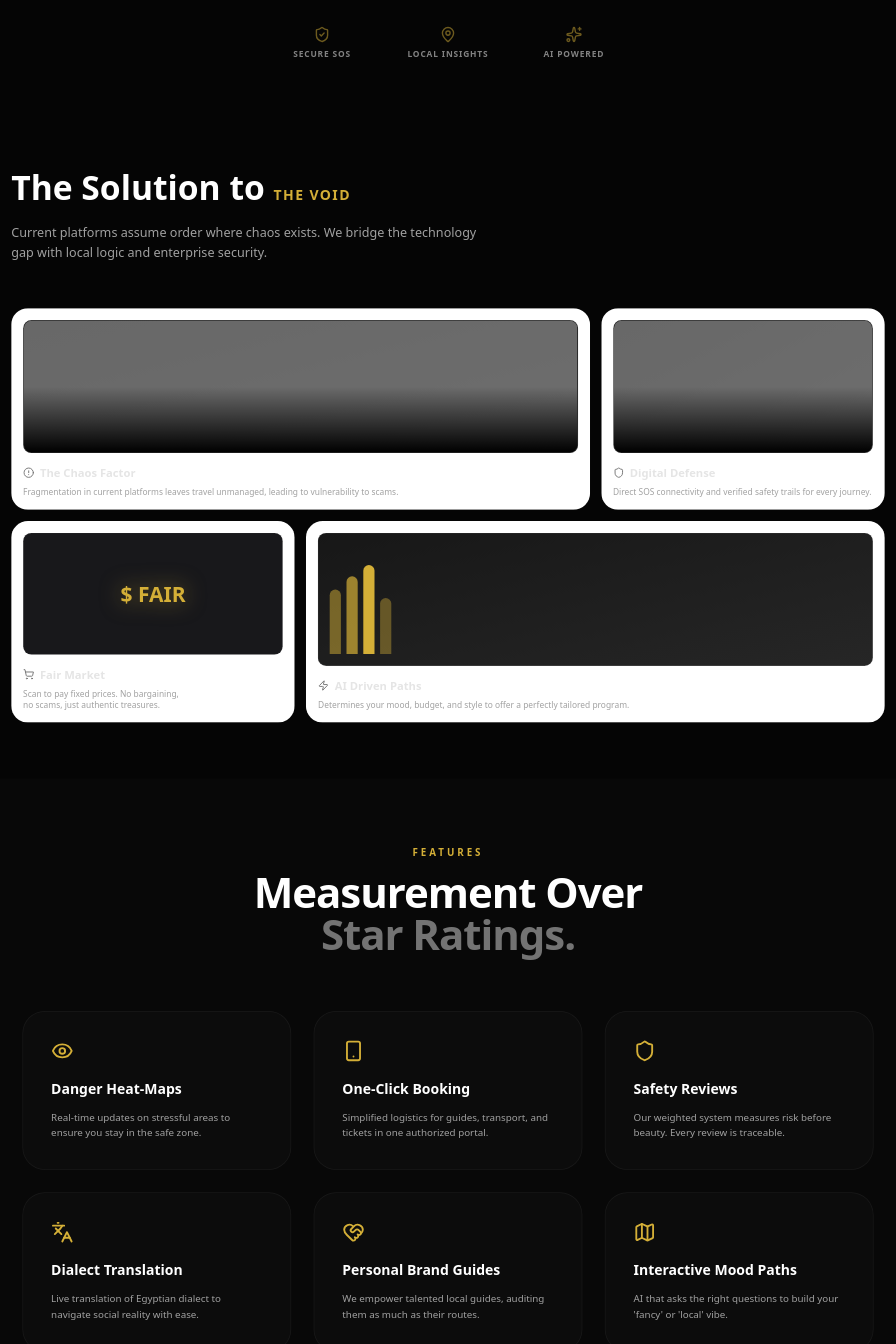
Repository: zyadmoataz/Pharaonic
Page: /
These files come from the project's save history. The page is drawn as it stood at one moment and after the next save; the edit follows.
The browser window is 1280 px wide. The pictures show the part of the page from y = 555 to 2475 px (the page is 4131 px tall before and 4201 px after), at 70% of full size.
Pictures or frames that could not be fetched are drawn as grey boxes. The project was rebuilt for these pictures with package versions that can differ from the ones it lists, and the page was loaded fresh each time. The framework's server and built-in components were replaced by stand-ins that run in the browser. Also part of the build but not shown: next.config.ts.

Above is the page before, as saved 2026-01-26 17:40:43.

### src/app/layout.tsx
import type { Metadata } from "next";
import { Geist, Geist_Mono } from "next/font/google";
import "./globals.css";
import { Navbar } from "@/components/navbar";
import { Footer } from "@/components/footer";

const geistSans = Geist({
  variable: "--font-geist-sans",
  subsets: ["latin"],
});

const geistMono = Geist_Mono({
  variable: "--font-geist-mono",
  subsets: ["latin"],
});

export const metadata: Metadata = {
  title: "Guidly | Egypt's Premium Enterprise Tourism Network",
  description:
    "The world's first AI-driven tourism safety ecosystem for Egypt. Experience Cairo and beyond with real-time danger maps, verified guides, and a cashless enterprise ecosystem.",
  keywords: ["Egypt Tourism", "Cairo Guide", "Travel Safety", "AI Travel Planner", "Egypt Business Travel", "Guidly"],
  authors: [{ name: "Guidly Enterprise" }],
  openGraph: {
    title: "Guidly | Egypt, Without the Shock",
    description: "Enterprise-grade safety and planning for your Egyptian journey.",
    url: "https://guidly.ai",
    siteName: "Guidly",
    locale: "en_US",
    type: "website",
  },
};

export default function RootLayout({
  children,
}: Readonly<{
  children: React.ReactNode;
}>) {
  return (
    <html lang="en" className="dark">
      <body
        className={`${geistSans.variable} ${geistMono.variable} antialiased bg-[#050505] text-white`}
      >
        <Navbar />
        <main>{children}</main>
        <Footer />
      </body>
    </html>
  );
}

### src/app/page.tsx
import { Hero } from "@/components/sections/hero";
import { ProblemSection } from "@/components/sections/problem-solution";
import { FeaturesSection } from "@/components/sections/features";
import { TestimonialsSection } from "@/components/sections/testimonials";
import { GlobalCTA } from "@/components/sections/global-cta";

export default function Home() {
  return (
    <div className="flex flex-col min-h-screen">
      <Hero />
      <ProblemSection />
      <FeaturesSection />
      <TestimonialsSection />
      <GlobalCTA />
    </div>
  );
}

### src/app/globals.css
@import "tailwindcss";

@theme inline {
  --color-background: var(--background);
  --color-foreground: var(--foreground);
  --color-gold: #D4AF37;
  --color-gold-light: #F9E076;
  --color-gold-dark: #B8860B;
  --color-egypt-blue: #0077be;

  --font-sans: "Inter", var(--font-geist-sans);

  --animation-reveal: reveal 0.8s cubic-bezier(0.77, 0, 0.175, 1);
  --animation-float: float 3s ease-in-out infinite;

  @keyframes reveal {
    from {
      opacity: 0;
      transform: translateY(20px);
    }

    to {
      opacity: 1;
      transform: translateY(0);
    }
  }

  @keyframes float {

    0%,
    100 {
      transform: translateY(0);
    }

    50% {
      transform: translateY(-10px);
    }
  }

  --animation-scroll: scroll var(--animation-duration, 40s) var(--animation-direction, forwards) linear infinite;

  @keyframes scroll {
    to {
      transform: translate(calc(-50% - 0.5rem));
    }
  }
}

:root {
  --background: #050505;
  --foreground: #ffffff;
  --card: #121212;
  --border: #222222;
}

body {
  background: var(--background);
  color: var(--foreground);
  font-family: var(--font-sans);
  overflow-x: hidden;
}

.glass {
  background: rgba(255, 255, 255, 0.03);
  backdrop-filter: blur(10px);
  border: 1px solid rgba(255, 255, 255, 0.05);
}

.gold-gradient {
  background: linear-gradient(135deg, #D4AF37 0%, #F9E076 50%, #B8860B 100%);
  background-clip: text;
  -webkit-background-clip: text;
  -webkit-text-fill-color: transparent;
}

### src/components/sections/problem-solution.tsx
"use client";
import React from "react";
import { BentoGrid, BentoGridItem } from "@/components/ui/bento-grid";
import { AlertCircle, Zap, Shield, HelpCircle, ShoppingCart, Camera } from "lucide-react";
import { motion } from "framer-motion";

const SkeletonOne = () => (
    <div className="flex flex-1 w-full h-full min-h-[6rem] rounded-xl bg-gradient-to-br from-neutral-900 to-neutral-800 border border-white/5 relative overflow-hidden group/bento">
        <img src="/safety-dashboard.png" className="absolute inset-0 w-full h-full object-cover opacity-60 group-hover/bento:scale-110 transition-transform duration-500" alt="Safety Dashboard" />
        <div className="absolute inset-0 bg-gradient-to-t from-black via-transparent to-transparent" />
    </div>
);
const SkeletonTwo = () => (
    <div className="flex flex-1 w-full h-full min-h-[6rem] rounded-xl bg-gradient-to-br from-neutral-900 to-neutral-800 border border-white/5 relative overflow-hidden group/bento">
        <img src="/verified-guide.png" className="absolute inset-0 w-full h-full object-cover opacity-60 group-hover/bento:scale-110 transition-transform duration-500" alt="Verified Guide" />
        <div className="absolute inset-0 bg-gradient-to-t from-black via-transparent to-transparent" />
    </div>
);
const SkeletonThree = () => (
    <div className="flex flex-1 w-full h-full min-h-[6rem] rounded-xl bg-zinc-900 flex items-center justify-center border border-white/5 p-4">
        <div className="text-center font-bold text-gold text-3xl drop-shadow-[0_0_15px_rgba(212,175,55,0.5)]">$ FAIR</div>
    </div>
);
const SkeletonFour = () => (
    <div className="flex flex-1 w-full h-full min-h-[6rem] rounded-xl bg-gradient-to-br from-neutral-900 to-neutral-800 border border-white/5 p-4 overflow-hidden relative">
        <div className="absolute inset-0 bg-grid-white/5" />
        <div className="relative z-10 flex gap-2 h-full items-end">
            <motion.div animate={{ height: ["40%", "70%", "40%"] }} transition={{ duration: 2, repeat: Infinity }} className="w-4 bg-gold/50 rounded-t-lg" />
            <motion.div animate={{ height: ["60%", "90%", "60%"] }} transition={{ duration: 2, repeat: Infinity, delay: 0.2 }} className="w-4 bg-gold/70 rounded-t-lg" />
            <motion.div animate={{ height: ["80%", "100%", "80%"] }} transition={{ duration: 2, repeat: Infinity, delay: 0.4 }} className="w-4 bg-gold rounded-t-lg" />
            <motion.div animate={{ height: ["50%", "80%", "50%"] }} transition={{ duration: 2, repeat: Infinity, delay: 0.6 }} className="w-4 bg-gold/40 rounded-t-lg" />
        </div>
    </div>
);

const items = [
    {
        title: "The Chaos Factor",
        description: "Fragmentation in current platforms leaves travel unmanaged, leading to vulnerability to scams.",
        header: <SkeletonOne />,
        icon: <AlertCircle className="h-4 w-4 text-neutral-500" />,
        className: "md:col-span-2",
    },
    {
        title: "Digital Defense",
        description: "Direct SOS connectivity and verified safety trails for every journey.",
        header: <SkeletonTwo />,
        icon: <Shield className="h-4 w-4 text-neutral-500" />,
        className: "md:col-span-1",
    },
    {
        title: "Fair Market",
        description: "Scan to pay fixed prices. No bargaining, no scams, just authentic treasures.",
        header: <SkeletonThree />,
        icon: <ShoppingCart className="h-4 w-4 text-neutral-500" />,
        className: "md:col-span-1",
    },
    {
        title: "AI Driven Paths",
        description: "Determines your mood, budget, and style to offer a perfectly tailored program.",
        header: <SkeletonFour />,
        icon: <Zap className="h-4 w-4 text-neutral-500" />,
        className: "md:col-span-2",
    },
];

export function ProblemSection() {
    return (
        <section className="py-20 px-4 bg-[#050505]">
            <div className="max-w-7xl mx-auto mb-16">
                <h2 className="text-3xl md:text-5xl font-bold text-white mb-6">
                    The Solution to <span className="text-gold uppercase tracking-widest text-xl">The Void</span>
                </h2>
                <p className="text-neutral-400 max-w-2xl text-lg leading-relaxed">
                    Current platforms assume order where chaos exists. We bridge the technology gap
                    with local logic and enterprise security.
                </p>
            </div>
            <BentoGrid>
                {items.map((item, i) => (
                    <BentoGridItem
                        key={i}
                        title={item.title}
                        description={item.description}
                        header={item.header}
                        icon={item.icon}
                        className={item.className}
                    />
                ))}
            </BentoGrid>
        </section>
    );
}

### src/components/sections/testimonials.tsx
"use client";

import React from "react";
import { InfiniteMovingCards } from "@/components/ui/infinite-moving-cards";

const testimonials = [
    {
        id: "t1",
        quote: "I’ve been into Egyptian history since I was a kid. Seeing Tutankhamun and Nefertiti where they belong was my main motivation. Dahab people are still my closest friends.",
        name: "Zührenur",
        title: "Dahab & Cairo Explorer",
    },
    {
        id: "t2",
        quote: "We really liked this country. Nature, climate, and the sea in Sharm El Sheikh are beautiful. We will come here often.",
        name: "Diana (Dasha)",
        title: "Vacationer from Russia",
    },
    {
        id: "t3",
        quote: "The chaos was hard at first, but I got used to it. I wish there was an app that showed real local places and helped you avoid tourist traps.",
        name: "Zührenur",
        title: "5 Cities Tour",
    },
    {
        id: "t4",
        quote: "Cleaning in hotels should be improved. Having people who could provide help in the Russian language would definitely make things easier.",
        name: "Diana",
        title: "Sharm El Sheikh Visitor",
    },
];

export function TestimonialsSection() {
    return (
        <div className="h-[40rem] rounded-md flex flex-col antialiased bg-[#050505] items-center justify-center relative overflow-hidden py-24">
            <div className="max-w-7xl mx-auto mb-16 text-center">
                <h2 className="text-3xl md:text-5xl font-bold text-white mb-6">
                    Real Voices, <span className="gold-gradient">Real Impact</span>
                </h2>
                <p className="text-neutral-400 max-w-sm mx-auto text-sm">
                    Direct feedback from travelers who experienced the reality of Egypt.
                    We translate their needs into our features.
                </p>
            </div>
            <InfiniteMovingCards
                items={testimonials}
                direction="left"
                speed="slow"
            />
        </div>
    );
}

### src/components/sections/global-cta.tsx
"use client";

import React from "react";
import Link from "next/link";
import { motion } from "framer-motion";
import { PhoneCall, ArrowRight } from "lucide-react";

export function GlobalCTA() {
    return (
        <section className="py-20 relative overflow-hidden">
            <div className="absolute inset-0 bg-gold/5 -z-10" />
            <div className="max-w-5xl mx-auto px-4">
                <motion.div
                    initial={{ opacity: 0, y: 20 }}
                    whileInView={{ opacity: 1, y: 0 }}
                    className="bg-zinc-950 border border-white/5 rounded-[3rem] p-10 md:p-16 flex flex-col md:flex-row items-center justify-between gap-10"
                >
                    <div className="space-y-4 text-center md:text-left">
                        <h2 className="text-3xl md:text-5xl font-bold text-white tracking-tighter">
                            Ready to Secure your <span className="text-gold">Egyptian Journey?</span>
                        </h2>
                        <p className="text-neutral-500 max-w-md">
                            Speak with a verified travel architect today. No street scams, no hidden fees, just pure discovery.
                        </p>
                    </div>
                    <div className="flex flex-col sm:flex-row gap-4 w-full md:w-auto">
                        <Link
                            href="/contact"
                            className="px-8 py-5 bg-gold text-black rounded-2xl font-bold flex items-center justify-center gap-2 hover:bg-white transition-all shadow-lg shadow-gold/20"
                        >
                            Contact Expert <ArrowRight className="w-4 h-4" />
                        </Link>
                        <div className="px-8 py-5 bg-white/[0.03] border border-white/5 text-white rounded-2xl font-bold flex items-center justify-center gap-3">
                            <PhoneCall className="w-5 h-5 text-gold" />
                            01012766890
                        </div>
                    </div>
                </motion.div>
            </div>
        </section>
    );
}

### src/components/ui/logo.tsx
"use client";

import React from "react";
import { Compass } from "lucide-react";
import { cn } from "@/lib/utils";

export const Logo = ({ className }: { className?: string }) => {
    return (
        <div className={cn("flex items-center gap-2 group", className)}>
            <div className="relative w-10 h-10 flex items-center justify-center">
                <div className="absolute inset-0 bg-gold rounded-xl rotate-45 group-hover:rotate-90 transition-transform duration-500 shadow-lg shadow-gold/20" />
                <Compass className="relative z-10 text-black w-6 h-6 group-hover:scale-110 transition-transform duration-500" />
            </div>
            <span className="text-2xl font-bold tracking-tighter text-white">
                Guidly<span className="text-gold">.</span>
            </span>
        </div>
    );
};

### src/components/ui/spotlight.tsx
"use client";
import React from "react";
import { cn } from "@/lib/utils";

type SpotlightProps = {
    className?: string;
    fill?: string;
};

export const Spotlight = ({ className, fill }: SpotlightProps) => {
    return (
        <svg
            className={cn(
                "animate-spotlight pointer-events-none absolute z-[1]  h-[169%] w-[138%] lg:w-[84%] opacity-0",
                className
            )}
            xmlns="http://www.w3.org/2000/svg"
            viewBox="0 0 3787 2842"
            fill="none"
        >
            <g filter="url(#filter)">
                <ellipse
                    cx="1924.71"
                    cy="273.501"
                    rx="1924.71"
                    ry="273.501"
                    transform="matrix(-0.822377 -0.568943 0.568943 -0.822377 3631.88 2291.09)"
                    fill={fill || "white"}
                    fillOpacity="0.14"
                ></ellipse>
            </g>
            <defs>
                <filter
                    id="filter"
                    x="0.860352"
                    y="0.838989"
                    width="3785.16"
                    height="2840.26"
                    filterUnits="userSpaceOnUse"
                    colorInterpolationFilters="sRGB"
                >
                    <feFlood floodOpacity="0" result="BackgroundImageFix"></feFlood>
                    <feBlend
                        mode="normal"
                        in="SourceGraphic"
                        in2="BackgroundImageFix"
                        result="shape"
                    ></feBlend>
                    <feGaussianBlur
                        stdDeviation="151"
                        result="effect1_foregroundBlur_1065_8"
                    ></feGaussianBlur>
                </filter>
            </defs>
        </svg>
    );
};

### src/components/ui/bento-grid.tsx
"use client";
import React from "react";
import { cn } from "@/lib/utils";

export const BentoGrid = ({
    className,
    children,
}: {
    className?: string;
    children?: React.ReactNode;
}) => {
    return (
        <div
            className={cn(
                "grid md:auto-rows-[18rem] grid-cols-1 md:grid-cols-3 gap-4 max-w-7xl mx-auto ",
                className
            )}
        >
            {children}
        </div>
    );
};

export const BentoGridItem = ({
    className,
    title,
    description,
    header,
    icon,
}: {
    className?: string;
    title?: string | React.ReactNode;
    description?: string | React.ReactNode;
    header?: React.ReactNode;
    icon?: React.ReactNode;
}) => {
    return (
        <div
            className={cn(
                "row-span-1 rounded-3xl group/bento hover:shadow-xl transition duration-200 shadow-input dark:shadow-none p-4 dark:bg-[#121212] dark:border-white/[0.1] bg-white border border-transparent justify-between flex flex-col space-y-4",
                className
            )}
        >
            {header}
            <div className="group-hover/bento:translate-x-2 transition duration-200">
                <div className="flex items-center gap-2 mb-2">
                    {icon}
                    <div className="font-bold text-neutral-200">
                        {title}
                    </div>
                </div>
                <div className="font-normal text-neutral-400 text-xs text-balance">
                    {description}
                </div>
            </div>
        </div>
    );
};

Loaded but not shown: src/lib/utils.ts (common file); src/components/ui/infinite-moving-cards.tsx (118 lines, source omitted); src/components/footer.tsx (73 lines, source omitted); src/components/navbar.tsx (99 lines, source omitted); src/components/sections/hero.tsx (70 lines, source omitted); src/components/sections/features.tsx (73 lines, source omitted)

After the next save:
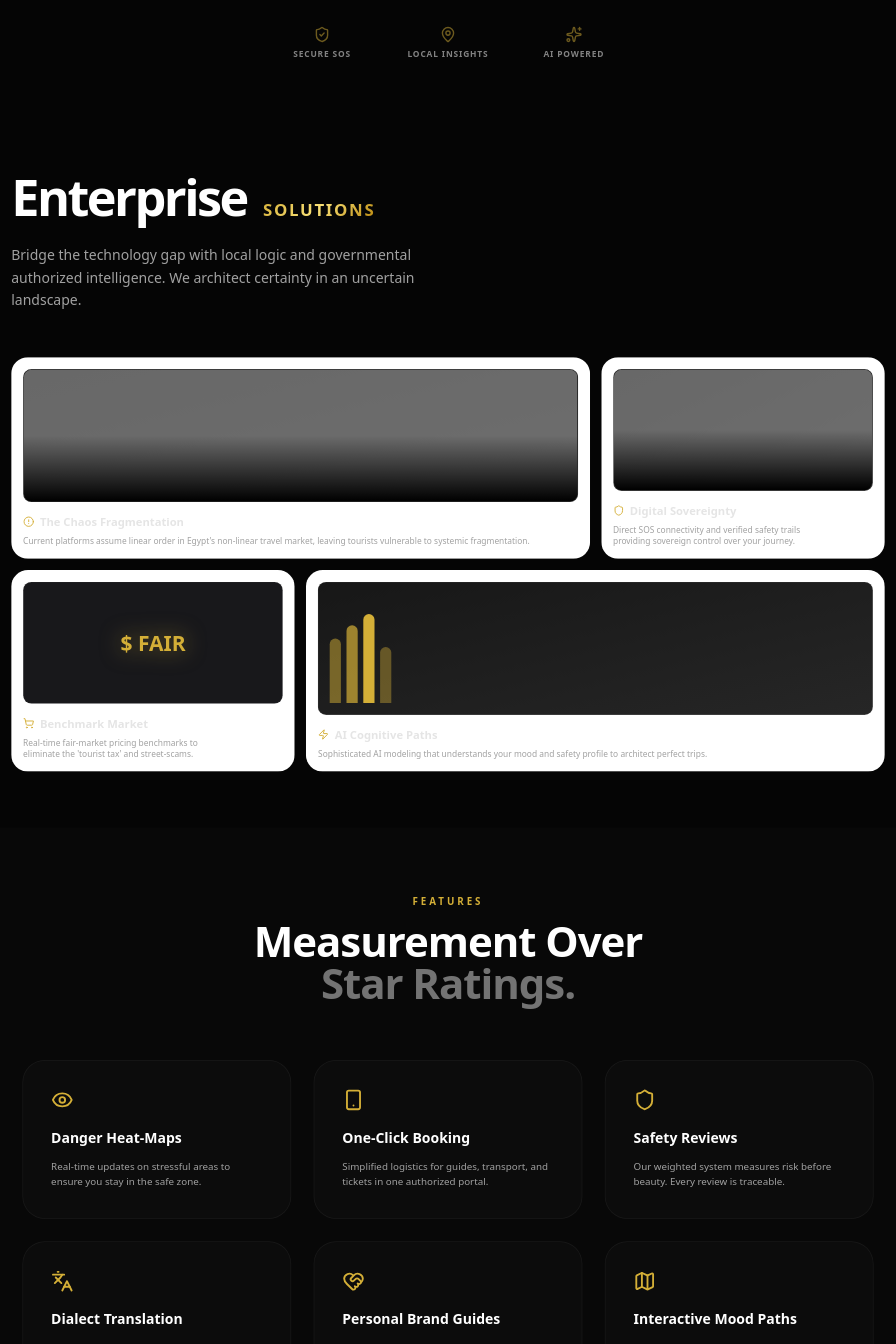
Saved 17 s later.
--- a/src/components/sections/problem-solution.tsx
+++ b/src/components/sections/problem-solution.tsx
@@ -35,31 +35,31 @@
 
 const items = [
     {
-        title: "The Chaos Factor",
-        description: "Fragmentation in current platforms leaves travel unmanaged, leading to vulnerability to scams.",
+        title: "The Chaos Fragmentation",
+        description: "Current platforms assume linear order in Egypt's non-linear travel market, leaving tourists vulnerable to systemic fragmentation.",
         header: <SkeletonOne />,
-        icon: <AlertCircle className="h-4 w-4 text-neutral-500" />,
+        icon: <AlertCircle className="h-4 w-4 text-gold" />,
         className: "md:col-span-2",
     },
     {
-        title: "Digital Defense",
-        description: "Direct SOS connectivity and verified safety trails for every journey.",
+        title: "Digital Sovereignty",
+        description: "Direct SOS connectivity and verified safety trails providing sovereign control over your journey.",
         header: <SkeletonTwo />,
-        icon: <Shield className="h-4 w-4 text-neutral-500" />,
+        icon: <Shield className="h-4 w-4 text-gold" />,
         className: "md:col-span-1",
     },
     {
-        title: "Fair Market",
-        description: "Scan to pay fixed prices. No bargaining, no scams, just authentic treasures.",
+        title: "Benchmark Market",
+        description: "Real-time fair-market pricing benchmarks to eliminate the 'tourist tax' and street-scams.",
         header: <SkeletonThree />,
-        icon: <ShoppingCart className="h-4 w-4 text-neutral-500" />,
+        icon: <ShoppingCart className="h-4 w-4 text-gold" />,
         className: "md:col-span-1",
     },
     {
-        title: "AI Driven Paths",
-        description: "Determines your mood, budget, and style to offer a perfectly tailored program.",
+        title: "AI Cognitive Paths",
+        description: "Sophisticated AI modeling that understands your mood and safety profile to architect perfect trips.",
         header: <SkeletonFour />,
-        icon: <Zap className="h-4 w-4 text-neutral-500" />,
+        icon: <Zap className="h-4 w-4 text-gold" />,
         className: "md:col-span-2",
     },
 ];
@@ -68,12 +68,12 @@
     return (
         <section className="py-20 px-4 bg-[#050505]">
             <div className="max-w-7xl mx-auto mb-16">
-                <h2 className="text-3xl md:text-5xl font-bold text-white mb-6">
-                    The Solution to <span className="text-gold uppercase tracking-widest text-xl">The Void</span>
+                <h2 className="text-4xl md:text-7xl font-bold text-white mb-8 tracking-tighter">
+                    Enterprise <span className="gold-gradient uppercase tracking-widest text-2xl ml-2">Solutions</span>
                 </h2>
-                <p className="text-neutral-400 max-w-2xl text-lg leading-relaxed">
-                    Current platforms assume order where chaos exists. We bridge the technology gap
-                    with local logic and enterprise security.
+                <p className="text-neutral-400 max-w-2xl text-xl leading-relaxed font-medium">
+                    Bridge the technology gap with local logic and governmental authorized intelligence.
+                    We architect certainty in an uncertain landscape.
                 </p>
             </div>
             <BentoGrid>
